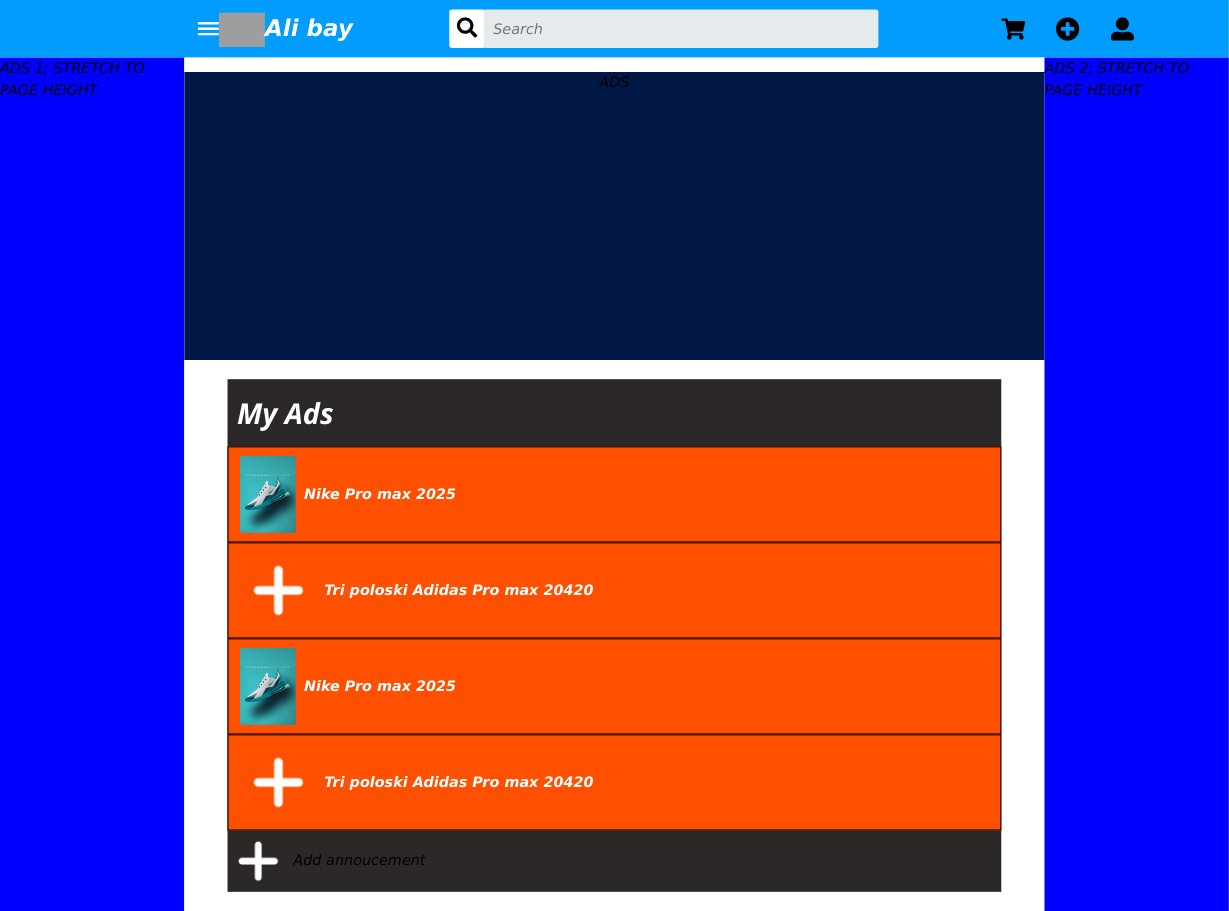
Repository: Aramys21/alibay-site
Page: public/ad_list.html
The author's editor kept a copy of each file at every save. The page is drawn from the files as they stood at one save, then again after the next save.
The browser window is 1280 px wide. The pictures show the whole page, at 96% of full size.
Pictures or frames that could not be fetched are drawn as grey boxes.

Above is the page before, as saved 2023-04-05 00:47:15.

After the next save:
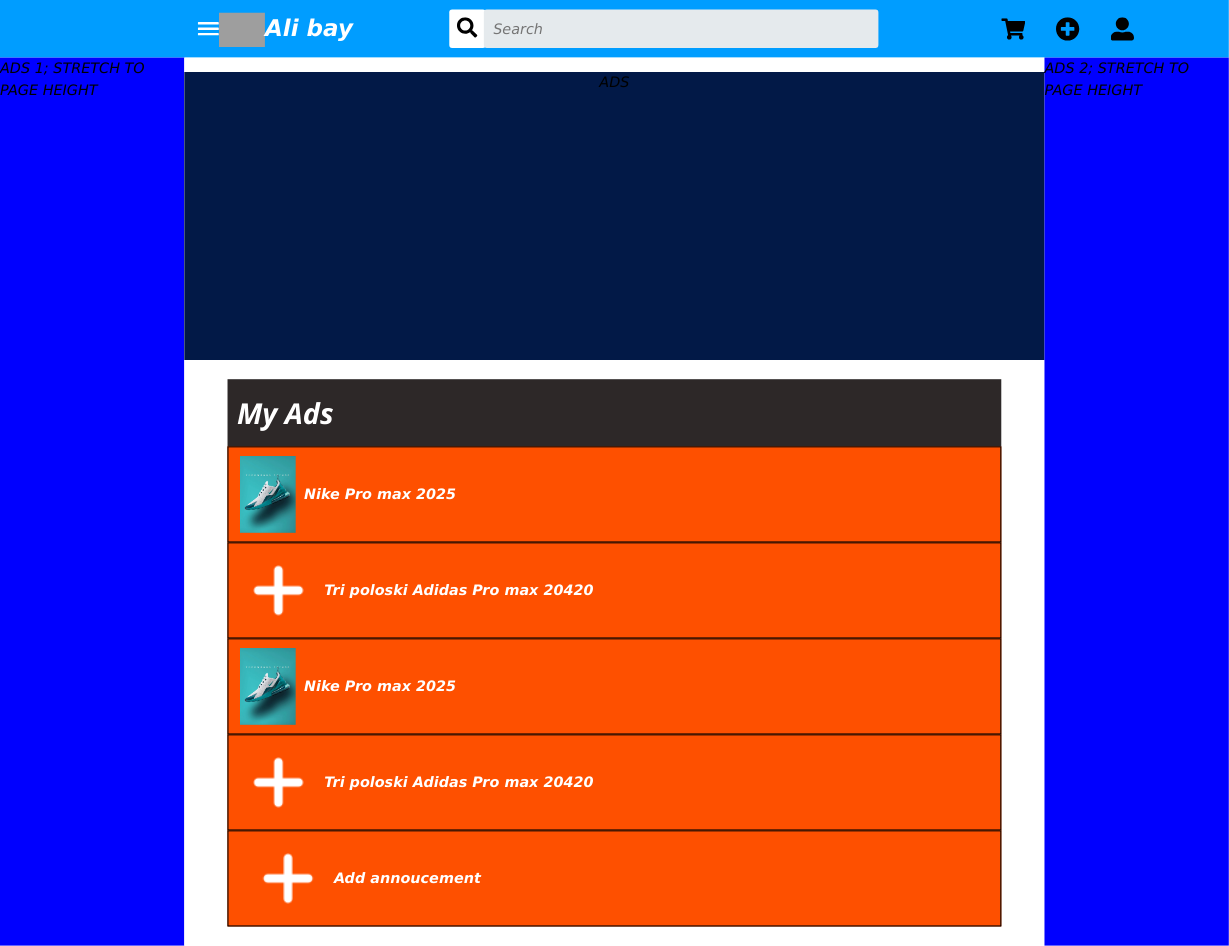
Saved 4 s later.
--- a/public/ad_list.html
+++ b/public/ad_list.html
@@ -129,7 +129,7 @@
 				<a>Tri poloski Adidas Pro max 20420</a>
 			</div>
 			<!-- single item end -->
-			<div class="list link-list-item">
+			<div class="list-item link-list-item">
 				<a href="#">
 			<a href="#"><img src="src/images/ades (2).png"></a>
 			<a href="#" style="text-decoration: none;">Add annoucement</a>
